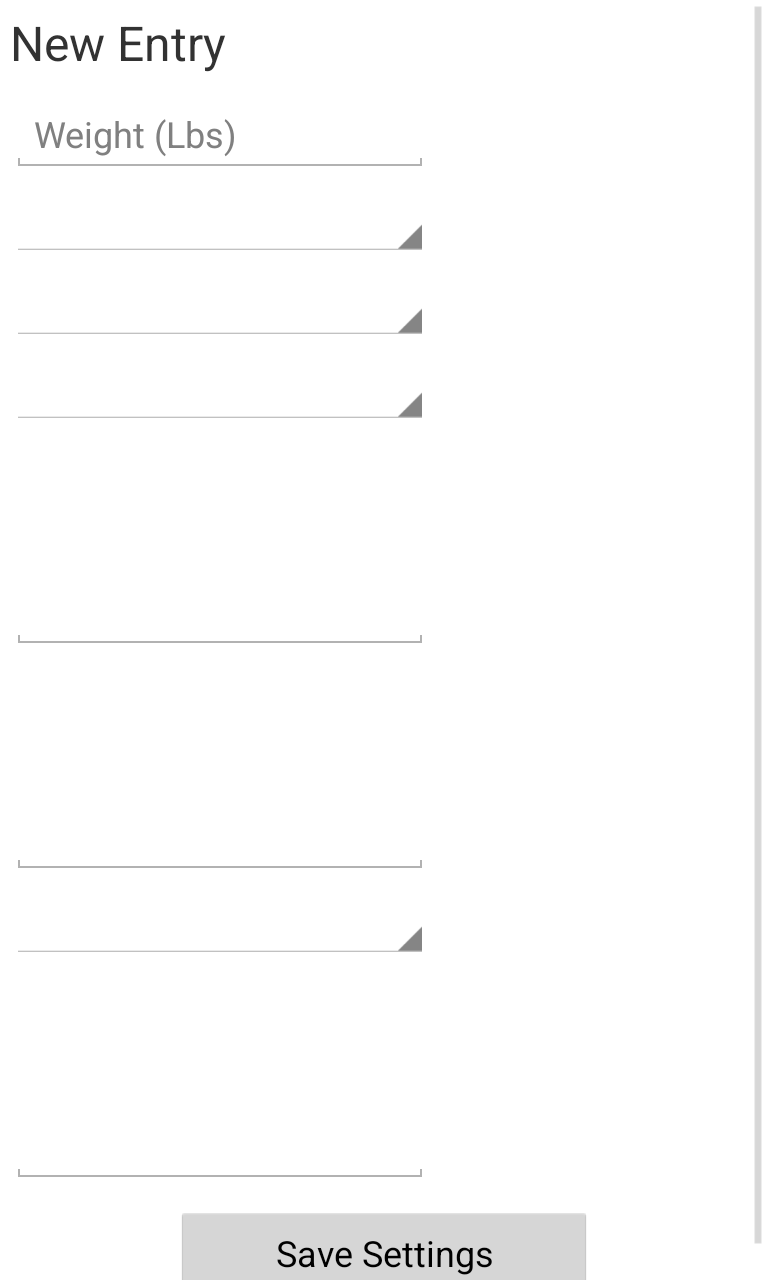
Repository: dillonyoung/CPD4493
Layout: TraCare/res/layout/addentry.xml
An editor plug-in stored every save of this project. The layout is shown before and after the next save, followed by the edit.
It is drawn on a 768 x 1280 px phone screen (xhdpi) without system bars, with theme AppTheme; the app's code is not run.

Above is the layout before, as saved 2013-04-06 00:04:52.

After the next save:
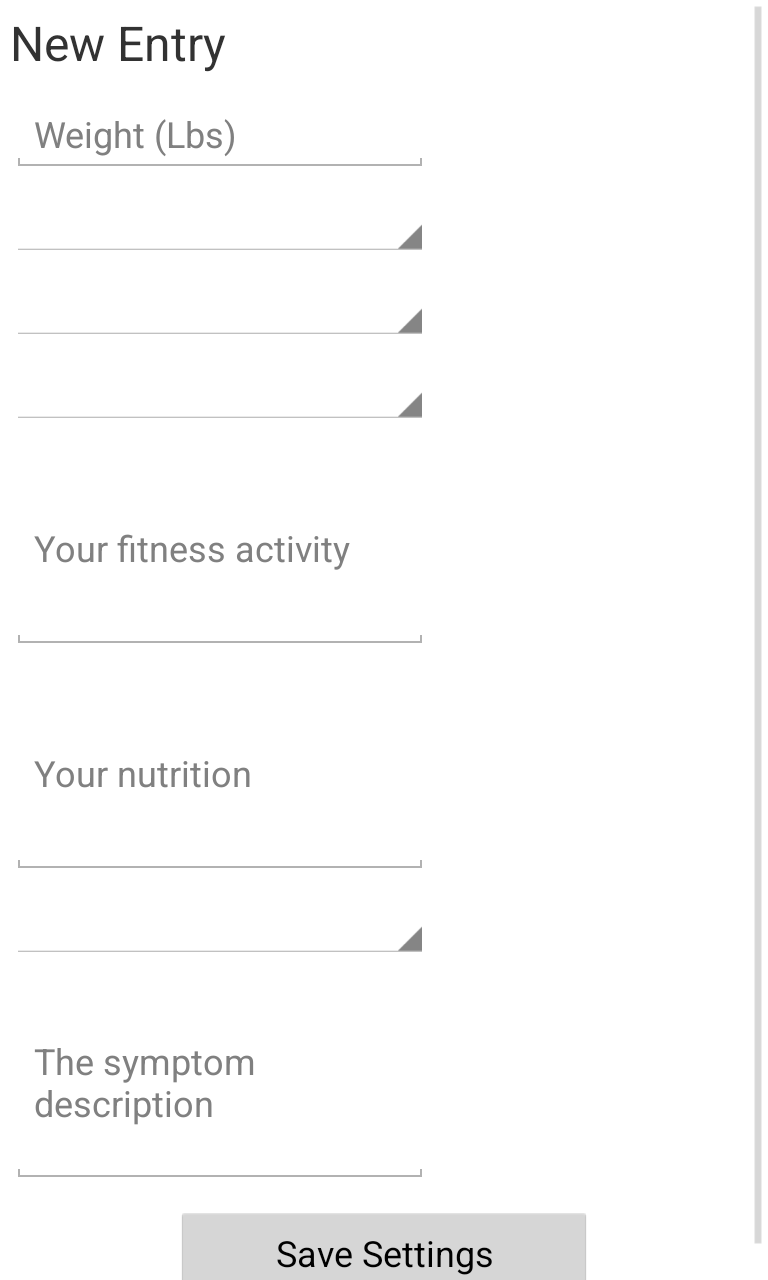
Saved 12 s later.
--- a/TraCare/res/layout/addentry.xml
+++ b/TraCare/res/layout/addentry.xml
@@ -86,8 +86,10 @@
                 android:layout_width="wrap_content"
                 android:layout_height="wrap_content"
                 android:ems="10"
+                android:hint="@string/string_fitness"
                 android:inputType="textMultiLine"
                 android:lines="4" >
+
             </EditText>
         </TableRow>
 
@@ -102,8 +104,10 @@
                 android:layout_width="wrap_content"
                 android:layout_height="wrap_content"
                 android:ems="10"
+                android:hint="@string/string_nutrition"
                 android:inputType="textMultiLine"
                 android:lines="4" >
+
             </EditText>
         </TableRow>
 
@@ -131,8 +135,10 @@
                 android:layout_width="wrap_content"
                 android:layout_height="wrap_content"
                 android:ems="10"
+                android:hint="@string/string_symtpom_description"
                 android:inputType="textMultiLine"
                 android:lines="4" >
+
             </EditText>
         </TableRow>
 
